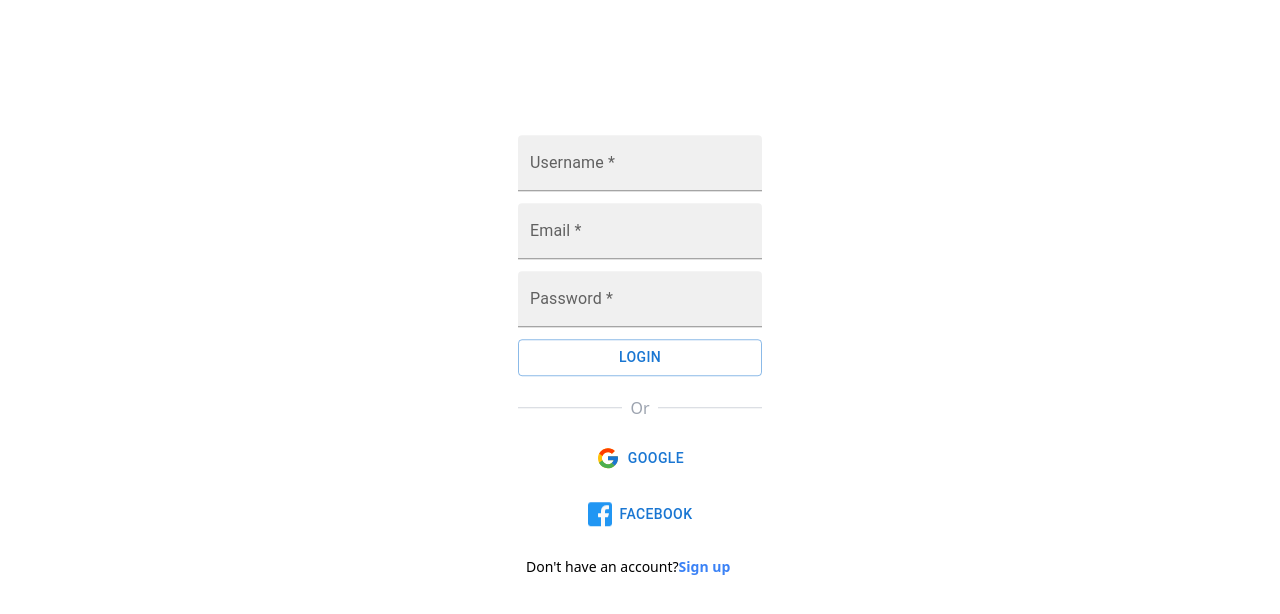
Repository: satya-ranjon/Instagram-clone-dev
Page: /login
These files come from the project's save history. The page is drawn as it stood at one moment and after the next save; the edit follows.
The browser window is 1280 px wide. The pictures show the whole page.
The project was rebuilt for these pictures with package versions that can differ from the ones it lists, and the page was loaded fresh each time. Also part of the build but not shown: src/components/PostDetiels/PostDetielPost.jsx, src/components/PostDetiels/PostDetielsHader.jsx, src/components/PostDetiels/SingleComment.jsx, src/components/PostDetiels/CommentDetiels.jsx, src/components/PostDetiels/Comment.jsx, src/components/PostDetiels/PostDitelsFooter.jsx, src/components/PostDetiels/PostDetielsContainer.jsx, src/components/Expolor/ExpolorPost.jsx and 37 more.

Above is the page before, as saved 2022-04-25 17:33:41.

### public/index.html
<!DOCTYPE html>
<html lang="en">
  <head>
    <meta charset="utf-8" />
    <link rel="icon" href="%PUBLIC_URL%/faveicon.png" />
    <meta name="viewport" content="width=device-width, initial-scale=1" />
    <meta name="theme-color" content="#000000" />
    <meta
      name="description"
      content="Web site created using create-react-app"
    />
    <link rel="apple-touch-icon" href="%PUBLIC_URL%/logo192.png" />
    <!--
      manifest.json provides metadata used when your web app is installed on a
      user's mobile device or desktop. See https://developers.google.com/web/fundamentals/web-app-manifest/
    -->
    <link rel="manifest" href="%PUBLIC_URL%/manifest.json" />
    <!--
      Notice the use of %PUBLIC_URL% in the tags above.
      It will be replaced with the URL of the `public` folder during the build.
      Only files inside the `public` folder can be referenced from the HTML.

      Unlike "/favicon.ico" or "favicon.ico", "%PUBLIC_URL%/favicon.ico" will
      work correctly both with client-side routing and a non-root public URL.
      Learn how to configure a non-root public URL by running `npm run build`.
    -->
    <title>React App</title>
  </head>
  <body>
    <noscript>You need to enable JavaScript to run this app.</noscript>
    <div id="root"></div>
    <!--
      This HTML file is a template.
      If you open it directly in the browser, you will see an empty page.

      You can add webfonts, meta tags, or analytics to this file.
      The build step will place the bundled scripts into the <body> tag.

      To begin the development, run `npm start` or `yarn start`.
      To create a production bundle, use `npm run build` or `yarn build`.
    -->
  </body>
</html>

### src/index.css
@import url("https://fonts.googleapis.com/css2?family=Kaushan+Script&display=swap");

@tailwind base;
@tailwind components;
@tailwind utilities;

@layer components {
  .grid___three {
    @apply grid grid-cols-1 sm:grid-cols-2 md:grid-cols-3 gap-2 lg:gap-4 transition-all duration-300 my-10 font-semibold mx-10  sm:mx-20 lg:mx-32 xl:mx-40;
  }
  .grid___two {
    @apply grid grid-cols-1 sm:grid-cols-2 gap-2 lg:gap-4  my-10 font-semibold mx-10 transition-all duration-300 sm:mx-20 lg:mx-32 xl:mx-40;
  }
  .grid___one {
    @apply grid grid-cols-1  gap-2 lg:gap-4  my-10 font-semibold mx-10 sm:mx-32 md:mx-44 transition-all duration-300 lg:mx-60 xl:mx-60;
  }
  .img__three {
    @apply bg-red-300 w-full h-[18rem] transition-all duration-300 sm:h-[14rem] xl:h-[18rem] 2xl:h-[28rem];
  }
  .img__two {
    @apply bg-red-300 w-full h-[18rem] transition-all duration-300 sm:h-[20rem] lg:h-[24rem] xl:h-[28rem] 2xl:h-[40rem];
  }
  .img__one {
    @apply bg-red-300 w-full h-[18rem] transition-all duration-300 sm:h-[20rem] lg:h-[32rem] xl:h-[40rem] 2xl:h-[52rem];
  }
  .button__btn {
    @apply text-sm bg-neutral-200 transition-all duration-300 hover:bg-neutral-300 my-auto p-1 px-3 rounded-sm font-semibold cursor-pointer;
  }
  .photo__feed {
    @apply grid grid-cols-2 md:grid-cols-3 lg:grid-cols-4 gap-3 sm:max-h-[26rem] h-fit sm:overflow-y-scroll;
  }
  .profile_section {
    @apply w-full px-10 sm:px-0 sm:w-[18rem] md:w-[25rem] lg:w-[38rem] xl:w-[50rem] 2xl:w-[60rem];
  }
  .image__i {
    @apply h-[12rem] sm:h-[10rem] lg:h-[12rem] w-full bg-red-200;
  }
  .video__v {
    @apply h-[20rem] md:h-full w-full bg-red-200 sm:col-span-2 row-span-2;
  }
  .post__detiels_model {
    @apply transition-all duration-300 sm:w-[36rem] lg:w-[60rem] xl:w-[75rem] h-[70rem]  lg:h-[50rem] flex lg:flex-row flex-col justify-between;
  }
}

@layer utilities {
  .text__2xl {
    font-size: 3rem;
  }
}

/* body::-webkit-scrollbar {
  display: none;
} */
.hide_scrollbar::-webkit-scrollbar {
  display: none;
  overflow: hidden;
}

#category {
  overflow: hidden;
}

.hover_show {
  top: -1000%;
  left: 0%;
  transition: all 0.3s;
}
.expolor:hover .hover_show {
  display: block;
  top: 0%;
}

.login__box {
  position: absolute;
  top: 50%;
  left: 50%;
  transform: translate(-50%, -50%);
}

### src/App.js
import { Route, Routes } from "react-router-dom";
import ExpolorContainer from "./components/Expolor/ExpolorContainer";
import HomeContainder from "./components/Home/HomeContainder";
import InboxContainer from "./components/Inbox/InboxContainer";
import LoginSign from "./components/LoginSign";
import PrivateRoutes from "./components/PrivateRoutes";
import ProfileContainer from "./components/Profile/ProfileContainer";

function App() {
  return (
    <>
      <Routes>
        <Route path="/*" element={<PrivateRoutes />}>
          <Route path="" element={<HomeContainder />} />
          <Route path="inbox" element={<InboxContainer />} />
          <Route path="profile" element={<ProfileContainer />} />
          <Route path="expolor" element={<ExpolorContainer />} />
        </Route>
        <Route path="/login" element={<LoginSign />} />
        <Route path="/signup" element={<LoginSign />} />
      </Routes>
    </>
  );
}

export default App;

### src/components/LoginSign.jsx
import { Button, TextField } from "@mui/material";
import React from "react";
import { FcGoogle } from "react-icons/fc";
import facebook from "../Assets/image/facebook.png";
import { Link, useLocation } from "react-router-dom";
export default function LoginSign() {
  const { pathname } = useLocation();
  return (
    <div className=" w-full h-screen">
      <div className="login__box">
        <div className=" space-y-5">
          <form className=" space-y-3">
            {pathname === "/login" && (
              <TextField
                className="w-full"
                id="filled-basic"
                label="Username *"
                variant="filled"
              />
            )}
            <br />
            <TextField
              className="w-full"
              id="filled-basic"
              label="Email *"
              variant="filled"
            />
            <br />
            <TextField
              className="w-full"
              id="filled-basic"
              label="Password *"
              variant="filled"
            />
            <br />
            <Button className="w-full" variant="outlined">
              Login
            </Button>
          </form>
          <div className="flex justify-between space-x-2 text-gray-400">
            <div className="w-full h-[1px] bg-gray-300 my-auto"></div>
            <div className="">Or</div>
            <div className="w-full h-[1px] bg-gray-300 my-auto"></div>
          </div>
          <Button variant="text" className=" w-full flex space-x-2">
            <FcGoogle className=" text-2xl" />
            <p className="">Google</p>
          </Button>
          <Button variant="text" className=" w-full flex space-x-2">
            <img src={facebook} alt="" />
            <p className=" ">Facebook</p>
          </Button>
        </div>
        <div className="w-ful text-sm p-2 mt-4">
          <p>
            Don't have an account?
            <Link
              to="/signup"
              className=" text-blue-500 font-semibold cursor-pointer"
            >
              Sign up
            </Link>
          </p>
        </div>
      </div>
    </div>
  );
}

### tailwind.config.js
module.exports = {
  content: ["./src/**/*.{js,jsx,ts,tsx}"],
  theme: {
    extend: {
      screens: {
        "3sm": "380px",
        "2sm": "480px",
        "4sm": "640px",
        "2lg": "1160px",
      },
    },
  },
  plugins: [require("tailwind-scrollbar")],
};

Loaded but not shown: src/index.js (common file)

After the next save:
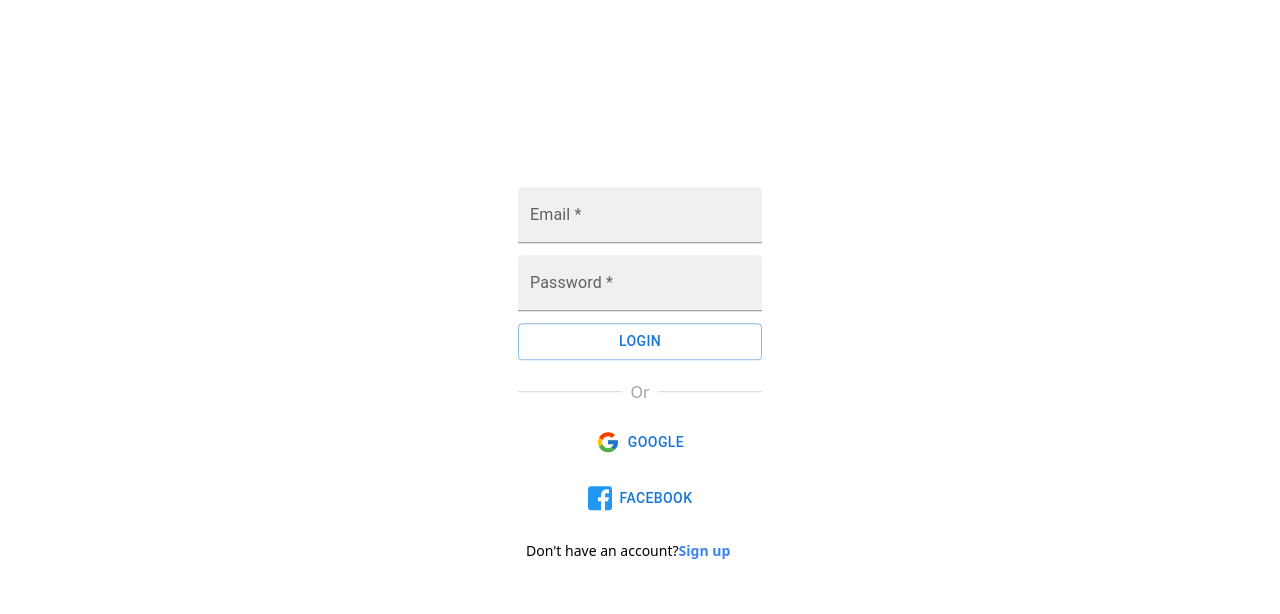
Saved 21 s later.
--- a/src/components/LoginSign.jsx
+++ b/src/components/LoginSign.jsx
@@ -10,7 +10,7 @@ export default function LoginSign() {
       <div className="login__box">
         <div className=" space-y-5">
           <form className=" space-y-3">
-            {pathname === "/login" && (
+            {pathname === "/login" || (
               <TextField
                 className="w-full"
                 id="filled-basic"
